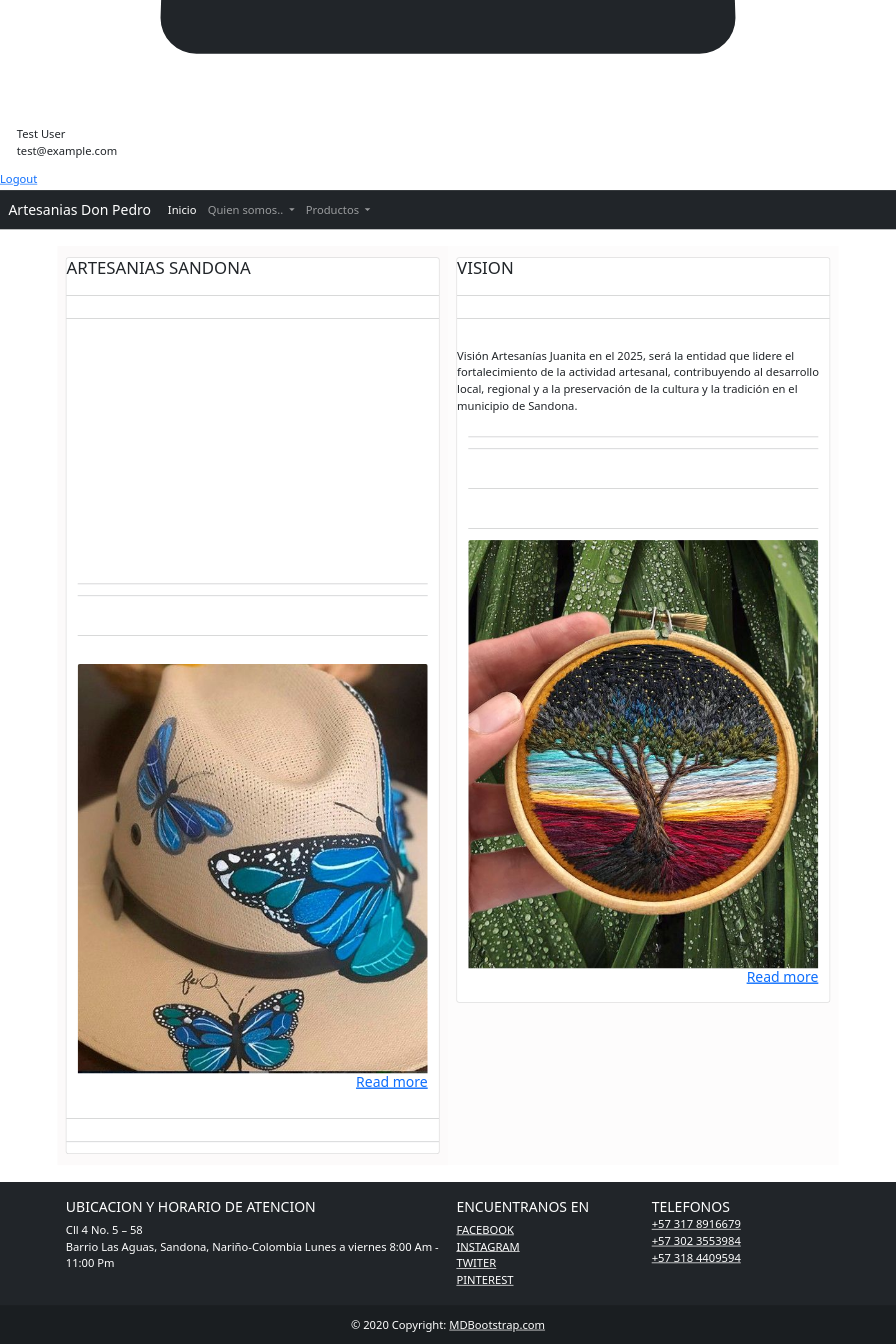
Repository: PG210/taller_artesania
Page: http://localhost/arte/vision
The author's editor kept a copy of each file at every save. The page is drawn from the files as they stood at one save, then again after the next save.
The browser window is 1280 px wide. The pictures show the part of the page from y = 2572 to 4492 px (the page is 4492 px tall before and 4426 px after), at 70% of full size.
Pictures or frames that could not be fetched are drawn as grey boxes. The page is served by the project's Laravel application, run on PHP 8.4 with Laravel 8. A made-up administrator, Test User (test@example.com), is signed in.

Above is the page before, as saved 2021-01-14 16:26:24.

After the next save:
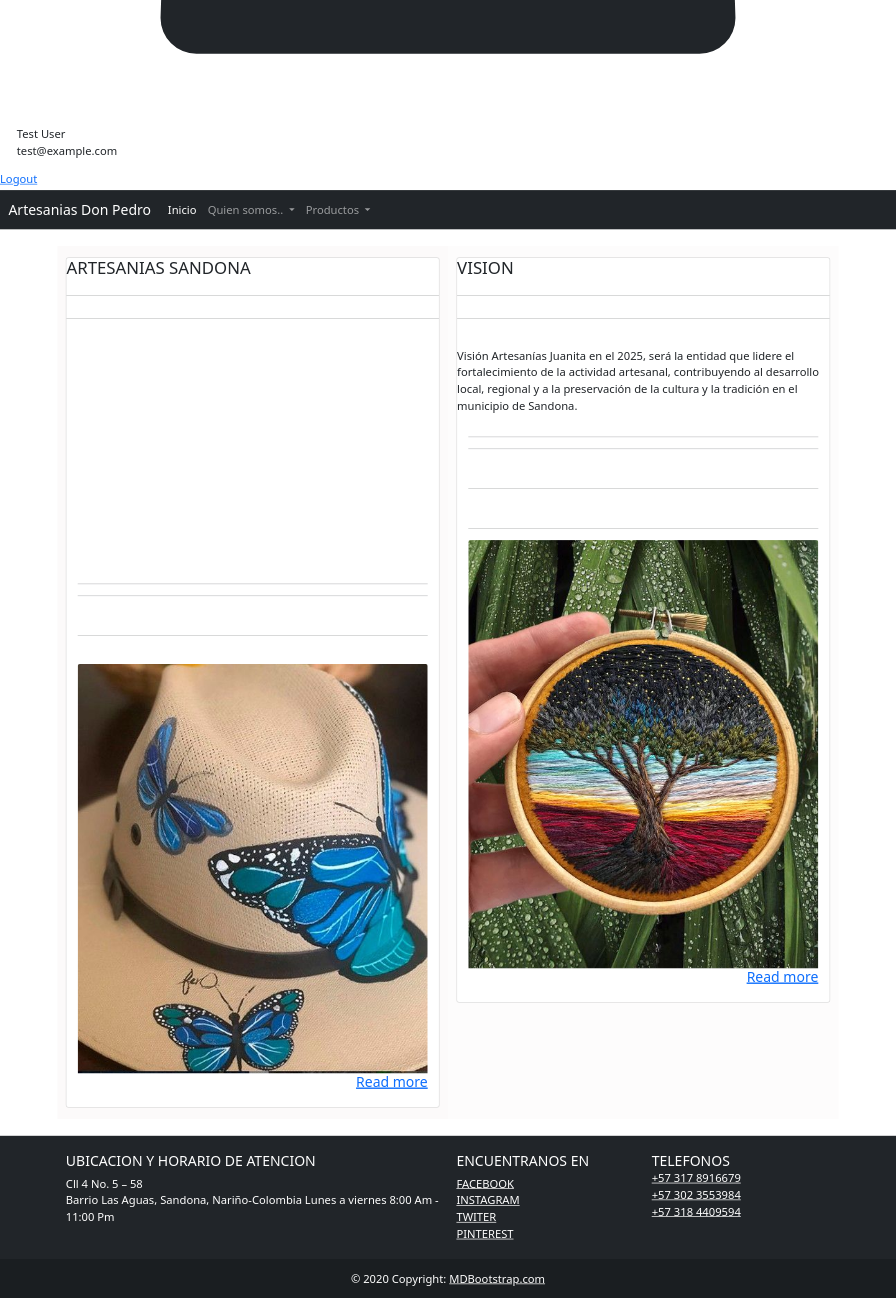
Saved 15 s later.
--- a/resources/views/arte/vision.blade.php
+++ b/resources/views/arte/vision.blade.php
@@ -62,8 +62,7 @@
                         </a>
 
                     </div>
-                    <hr class="hr-light">
-                    <hr class="hr-light">
+
 
 
                 </div>
